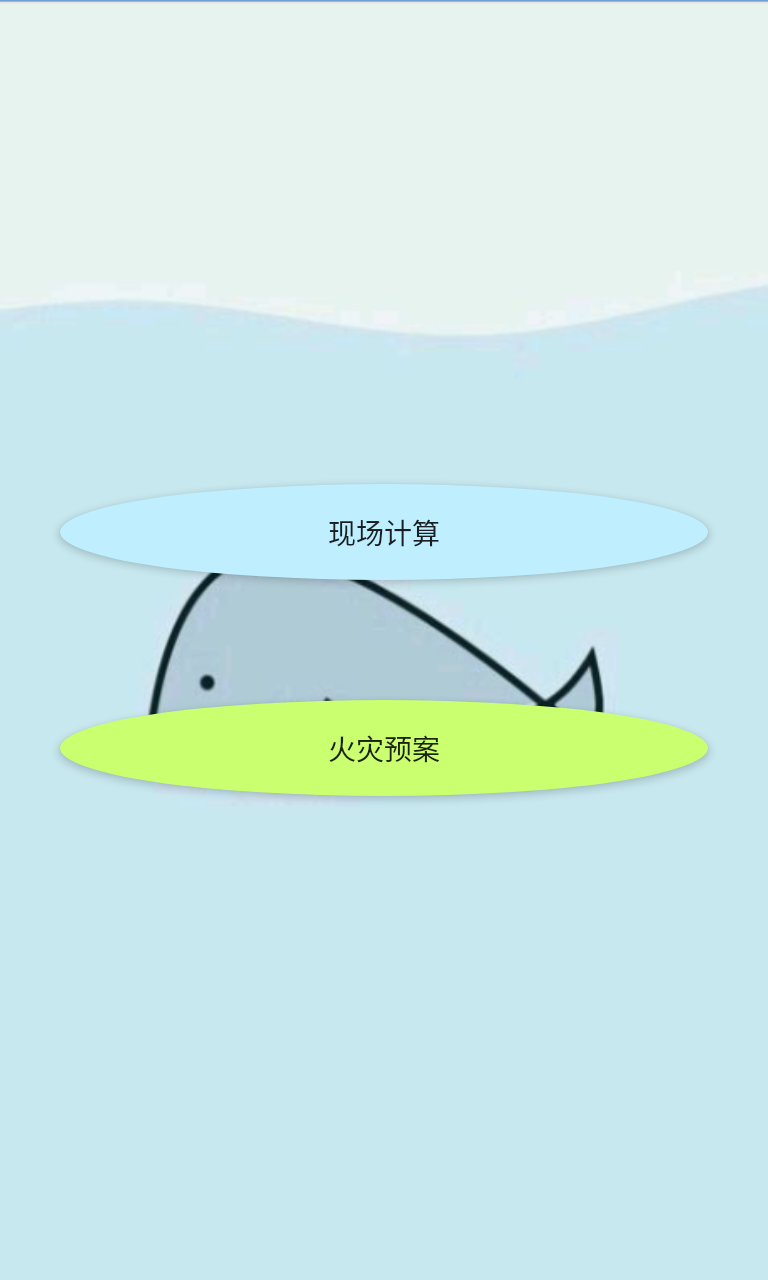
Repository: hohoTT/fireWork_handle_app
Layout: fireWork_handle_app/res/layout/activity_main.xml
These files come from the project's save history. The layout is drawn as it stood at one moment and after the next save; the edit follows.
It is drawn on a 768 x 1280 px phone screen (xhdpi) without system bars, with theme AppTheme; the app's code is not run.

Above is the layout before, as saved 2016-03-06 11:20:16.

After the next save:
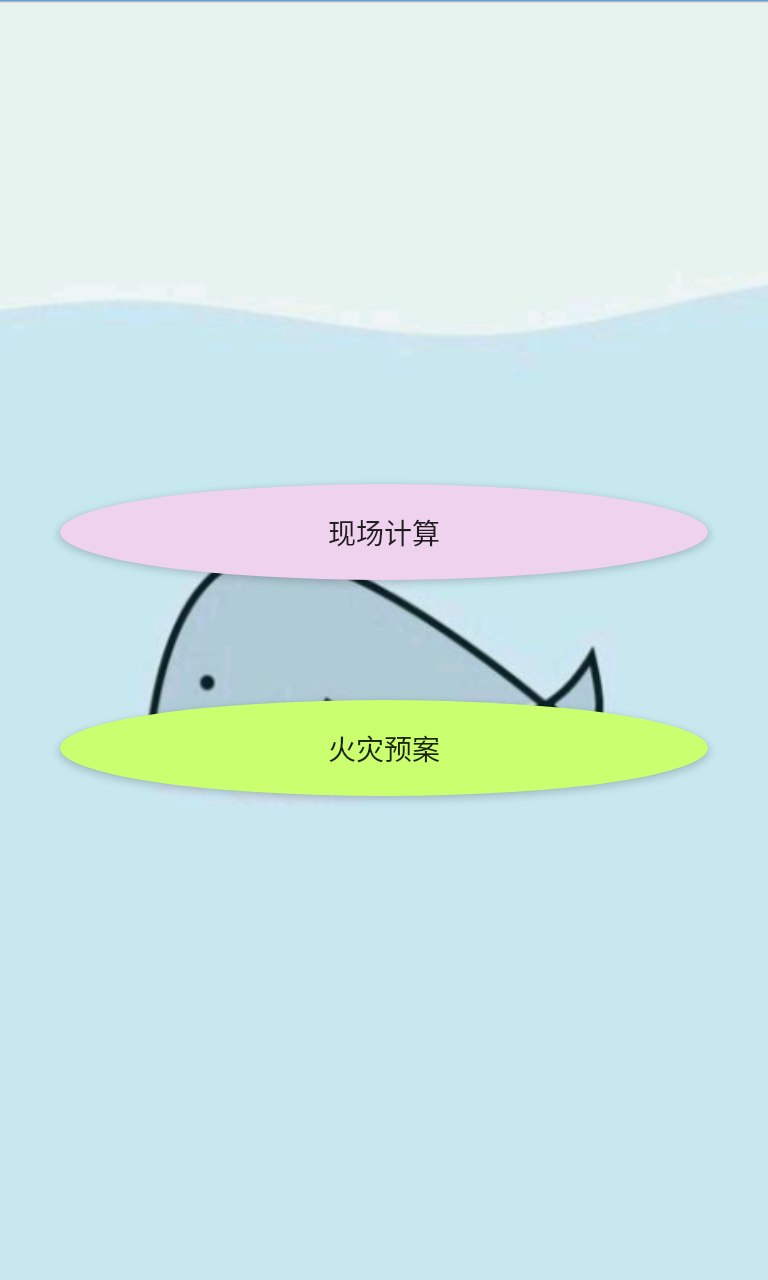
Saved 5 min 13 s later.
--- a/fireWork_handle_app/res/drawable/shape_one.xml
+++ b/fireWork_handle_app/res/drawable/shape_one.xml
@@ -6,7 +6,7 @@
 
     <!-- 填充的颜色 -->
 
-    <solid android:color="#BFEFFF"/>
+    <solid android:color="#EED2EE"/>
 
      <!-- 设置按钮的四个角为弧形 -->
 
